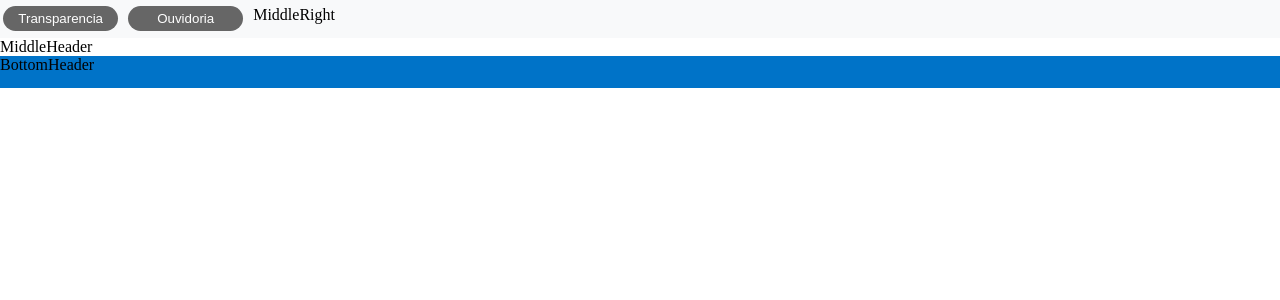
Repository: YuriSarmanho/prodepaSite
Page: / (app in prodepa-site/)
An editor plug-in stored every save of this project. The page is shown before and after a run of saves, followed by the edit.
The browser window is 1280 px wide. The pictures show the whole page.
The project was rebuilt for these pictures with package versions that can differ from the ones it lists, and the page was loaded fresh each time. Also part of the build but not shown: prodepa-site/src/App.css.

Above is the page before, as saved 2022-12-19 16:18:30.

### prodepa-site/public/index.html
<!DOCTYPE html>
<html lang="en">
  <head>
    <meta charset="utf-8" />
    <link rel="icon" href="%PUBLIC_URL%/favicon.ico" />
    <meta name="viewport" content="width=device-width, initial-scale=1" />
    <meta name="theme-color" content="#000000" />
    <meta
      name="description"
      content="Web site created using create-react-app"
    />
    <link rel="apple-touch-icon" href="%PUBLIC_URL%/logo192.png" />

    <link rel="manifest" href="%PUBLIC_URL%/manifest.json" />
    <title>React App</title>
  </head>
  <body>
    <div id="root"></div>
  </body>
</html>

### prodepa-site/src/App.js
import './App.css';
import Header from './sections/Header'

function App() {
  return (
    <>
      <Header/>
    </>
  );
}

export default App;

### prodepa-site/src/sections/Header/index.jsx
import React from 'react'
import TopHeader from './TopHeader'
import MiddleHeader from './MiddleHeader'
import BottomHeader from './BottomHeader'


function Header() {
  return (
    <>
        <TopHeader/>
        <MiddleHeader/>
        <BottomHeader/>
    </>
  )
}

export default Header

### prodepa-site/src/sections/Header/TopHeader/index.jsx
import React from 'react'
import TopHeaderButton from '../../../components/Buttons/TopHeaderButton'
import './index.css'

function TopHeader() {
  return (
    <div className='topHeaderContainer'>
      <div className="leftArea">
        <TopHeaderButton children = {'Transparencia'}/>
        <TopHeaderButton children = {'Ouvidoria'}/>
      </div>
      <div className="middleArea">Middle</div>
      <div className="rightArea">Right</div>

    </div>
  )
}

export default TopHeader

### prodepa-site/src/sections/Header/MiddleHeader/index.jsx
import React from 'react'
import './index.css'

function MiddleHeader() {
  return (
    <div className='middleHeaderContainer'>MiddleHeader</div>
  )
}

export default MiddleHeader

### prodepa-site/src/sections/Header/BottomHeader/index.jsx
import React from 'react'
import './index.css'
function BottomHeader() {
  return (
    <div className='bottomHeaderContainer'>BottomHeader</div>
  )
}

export default BottomHeader

### prodepa-site/src/components/Buttons/TopHeaderButton/index.jsx
import React from 'react'
import './index.css'

function TopHeaderButton(props) {
  return (
    <button className='topHeaderButton'>{props.children}</button>
  )
}

export default TopHeaderButton

### prodepa-site/src/sections/Header/TopHeader/index.css
.topHeaderContainer {
    background-color: #F8F9FA ;
    padding: .4rem .2rem;
    display: flex;
    position: relative;
}

### prodepa-site/src/sections/Header/MiddleHeader/index.css
.middleHeaderContainer {

}

### prodepa-site/src/sections/Header/BottomHeader/index.css
.bottomHeaderContainer {
    background-color: #0073C8;
    height: 2rem;
}

### prodepa-site/src/components/Buttons/TopHeaderButton/index.css
.topHeaderButton {
    padding: 5px 15px;
    margin-right: 10px;
    color: #fff;
    background-color: #666 ;
    border: none;
    border-radius: 1rem;
    width: 115px;
}

Loaded but not shown: prodepa-site/src/index.js (common file); prodepa-site/src/index.css (common file)

After the next 2 saves:
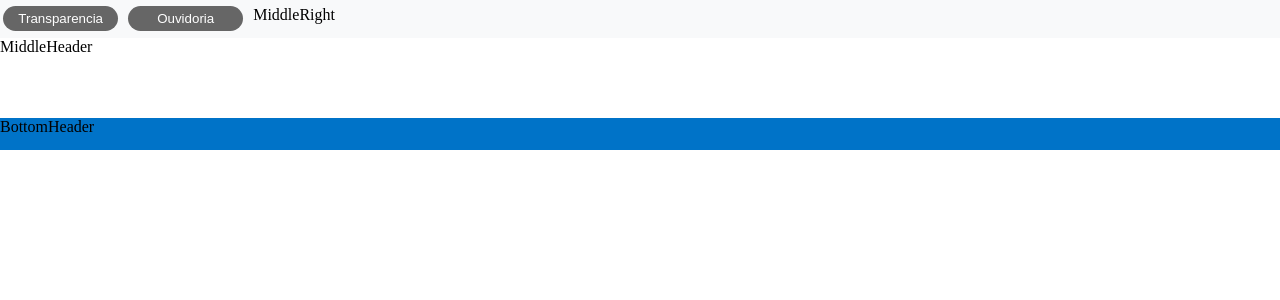
The 2 saves are shown as one change because they came seconds apart.
The last was saved 50 s later.
--- a/prodepa-site/src/sections/Header/MiddleHeader/index.css
+++ b/prodepa-site/src/sections/Header/MiddleHeader/index.css
@@ -1,3 +1,3 @@
 .middleHeaderContainer {
-
+    height: 5rem;
 }
